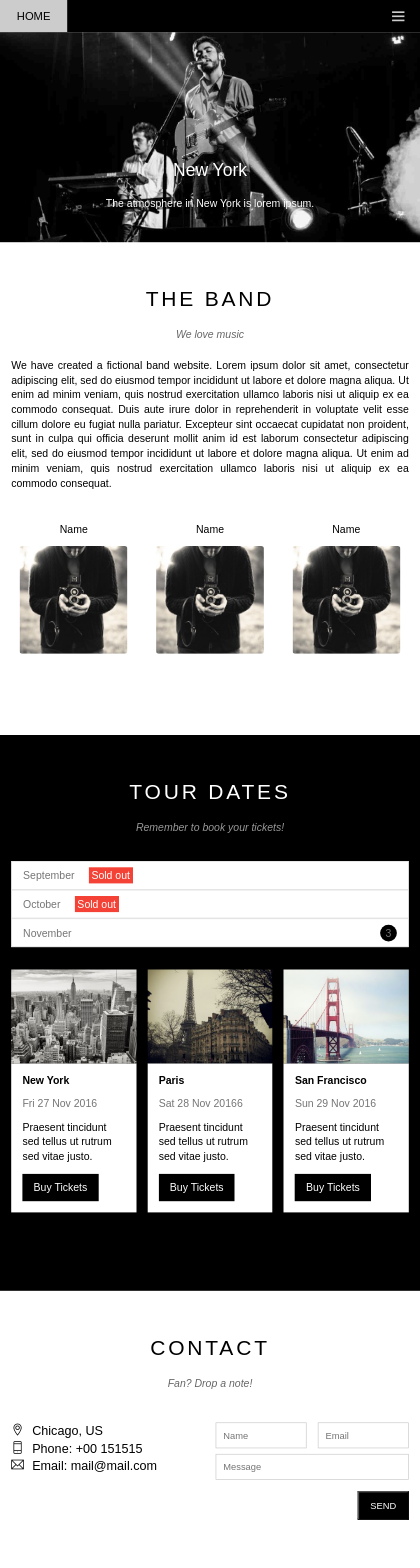
Repository: BrandonTuan777/The_Band
Page: index.html
These files come from the project's save history. The page is drawn as it stood at one moment and after a run of saves; the edit follows.
The browser window is 600 px wide. The pictures show the part of the page from y = 0 to 2240 px (the page is 2815 px tall), at 70% of full size.

Above is the page before, as saved 2022-04-12 20:53:00.

After the next 2 saves:
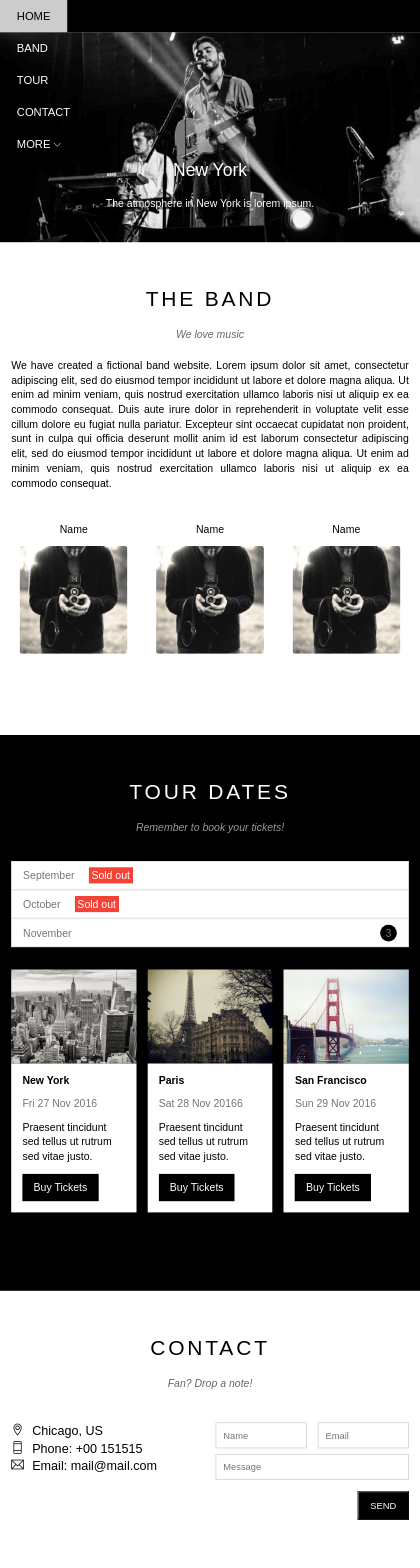
The 2 saves are shown as one change because they came seconds apart.
The last was saved 15 s later.
--- a/assets/css/responsive.css
+++ b/assets/css/responsive.css
@@ -7,7 +7,9 @@
 /* Mobile */
 
 @media (max-width: 740px) {
-  #nav {
+
+
+    #nav {
     display: block;
   }
 
@@ -20,14 +22,5 @@
   #nav .subnav{
       position: initial;
   }
-  #header{
-      overflow: hidden;
-  }
-  #header .mobile-menu-btn {
-    display: block;
-  }
 
-  #header .search-btn {
-    display: none;
-  }
 }

After the save that followed:
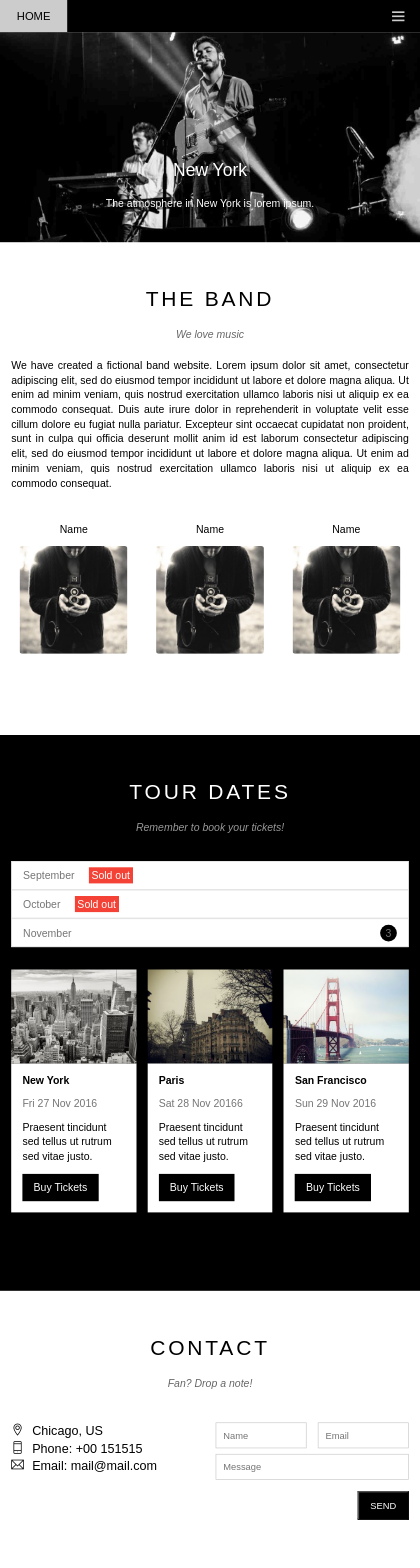
Saved 4 s later.
--- a/assets/css/responsive.css
+++ b/assets/css/responsive.css
@@ -7,20 +7,28 @@
 /* Mobile */
 
 @media (max-width: 740px) {
+  #header {
+    overflow: hidden;
+  }
+  #header .mobile-menu-btn {
+    display: block;
+  }
 
+  #header .search-btn {
+    display: none;
+  }
 
-    #nav {
+  #nav {
     display: block;
   }
 
   #nav > li {
     display: block;
   }
-  #nav >li:first-child{
-      display: inline-block;
+  #nav > li:first-child {
+    display: inline-block;
   }
-  #nav .subnav{
-      position: initial;
+  #nav .subnav {
+    position: initial;
   }
-
 }
